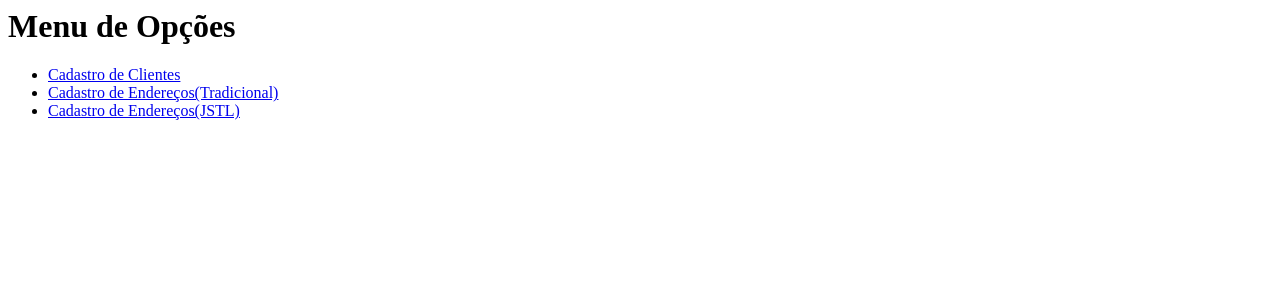
Repository: kelvincarvalho/Desenvolvimento_Java
Page: http://localhost/02_VendasJPA/
An editor plug-in stored every save of this project. The page is shown before and after the next save, followed by the edit.
The browser window is 1280 px wide. The pictures show the whole page.
The page is served by Tomcat 9.

Above is the page before, as saved 2017-09-27 20:03:06.

After the next save:
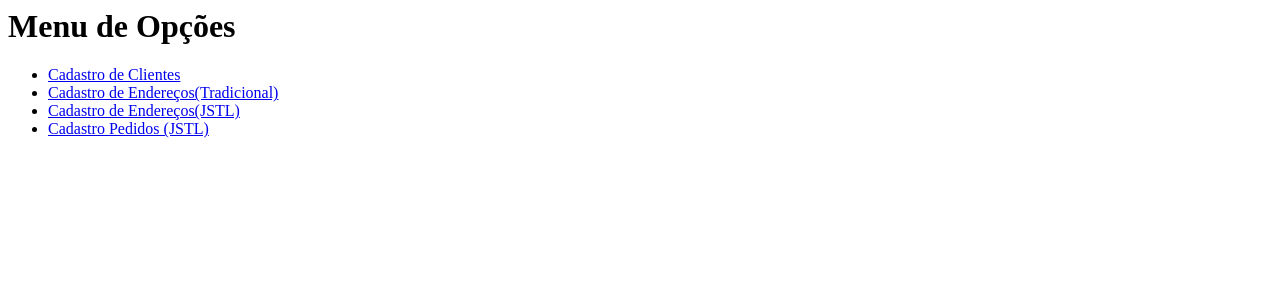
Saved 41 s later.
--- a/Modulo03/02_VendasJPA/WebContent/index.jsp
+++ b/Modulo03/02_VendasJPA/WebContent/index.jsp
@@ -11,6 +11,7 @@
 		<li><a href="cadClientes.jsp">Cadastro de Clientes</a></li>
 		<li><a href="cadEnderecos.jsp">Cadastro de Endereços(Tradicional)</a></li>
 		<li><a href="cadEnderecosJSTL.jsp">Cadastro de Endereços(JSTL)</a></li>
+		<li><a href="cadPedidos.jsp">Cadastro Pedidos (JSTL)</a></li>
 	</ul>
 
 </body>
